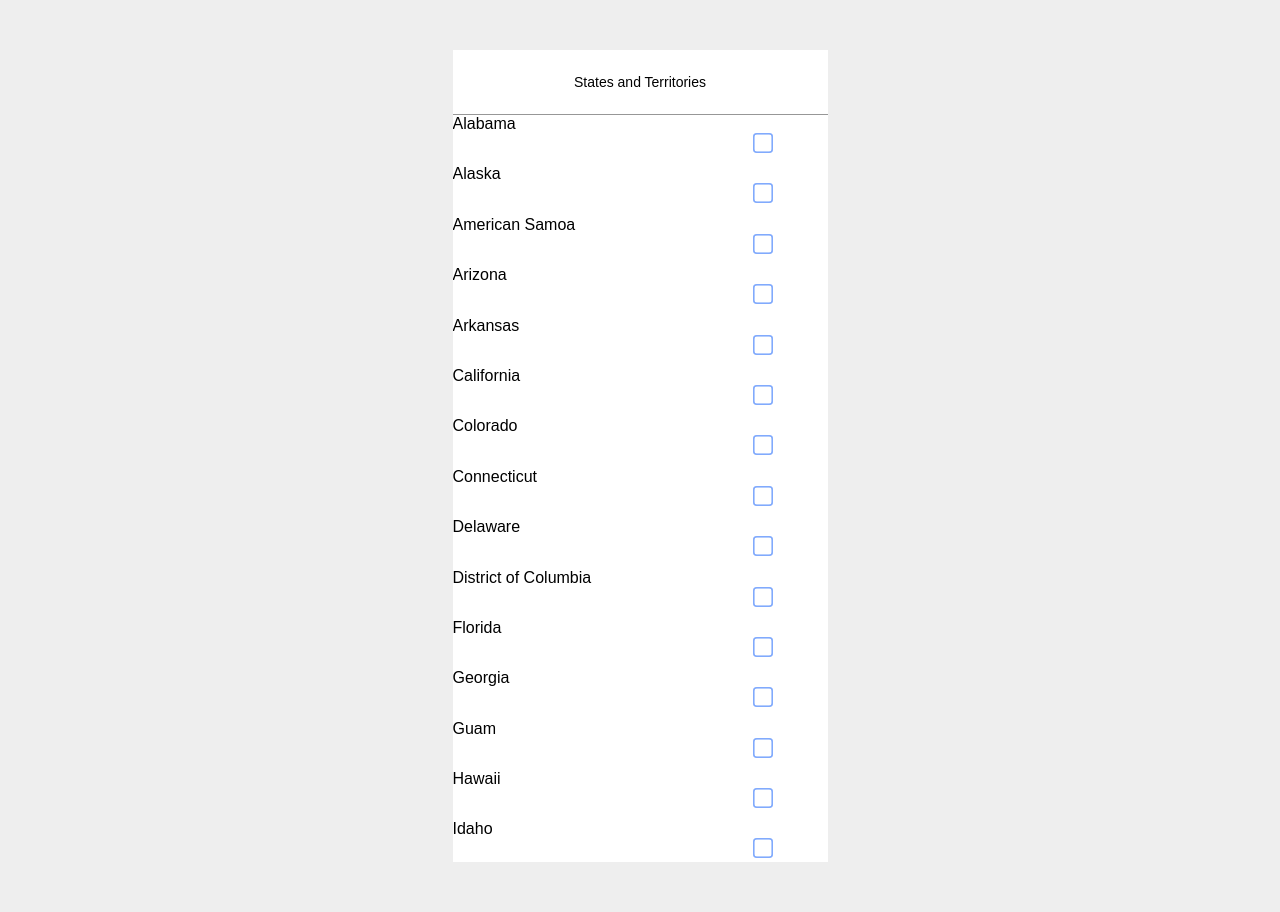
Repository: zitac234/codingTest
Page: /
These files come from the project's save history. The page is drawn as it stood at one moment and after the next save; the edit follows.
The browser window is 1280 px wide. The pictures show the whole page.
The project was rebuilt for these pictures with package versions that can differ from the ones it lists, and the page was loaded fresh each time.

Above is the page before, as saved 2021-03-31 15:17:51.

### src/index.css
body {
  margin: 0;
  font-family: 'Arial', sans-serif;
  -webkit-font-smoothing: antialiased;
  -moz-osx-font-smoothing: grayscale;
  background-color: #eee;
}

### src/Header.js
import "./Header.css";

export function Header() {
  return (
    <header className="header">
      <span className="title">States and Territories</span>
    </header>
  );
}

### src/List.js
import { Fragment } from "react";
import { Checkbox } from "./Checkbox";
import "./List.css";
export function List(props) {
  return (
    <div className="list">
      {props.items.map((item) => (
        <Fragment key={item}>
          <div className='line'>
            {item}<div className='checkbox'><Checkbox/></div><br />
          {/* You also have <Checkbox selected={false} /> */}
          </div>
          </Fragment>
      ))}
    </div>
  );
}

### src/_data.js
export const data = [
  "Alabama",
  "Alaska",
  "American Samoa",
  "Arizona",
  "Arkansas",
  "California",
  "Colorado",
  "Connecticut",
  "Delaware",
  "District of Columbia",
  "Florida",
  "Georgia",
  "Guam",
  "Hawaii",
  "Idaho",
  "Illinois",
  "Indiana",
  "Iowa",
  "Kansas",
  "Kentucky",
  "Louisiana",
  "Maine",
  "Maryland",
  "Massachusetts",
  "Michigan",
  "Minnesota",
  "Mississippi",
  "Missouri",
  "Montana",
  "Nebraska",
  "Nevada",
  "New Hampshire",
  "New Jersey",
  "New Mexico",
  "New York",
  "North Carolina",
  "North Dakota",
  "Northern Mariana Islands",
  "Ohio",
  "Oklahoma",
  "Oregon",
  "Pennsylvania",
  "Puerto Rico",
  "Rhode Island",
  "South Carolina",
  "South Dakota",
  "Tennessee",
  "Texas",
  "Utah",
  "Vermont",
  "Virgin Islands",
  "Virginia",
  "Washington",
  "West Virginia",
  "Wisconsin",
  "Wyoming"
]

### src/Header.css
.header {
  width: 100%;
  font-size: 14px;
  display: flex;
  border-bottom: 1px solid #979797;
}

.title {
  line-height: 24px;
  margin: 20px auto;
}

### src/Checkbox.js
import selected from "./Checkbox-Filled.svg";
import unselected from "./Checkbox-Empty.svg";

export function Checkbox(props) {
  return (
    <img
      width={20}
      height={20}
      src={props.selected ? selected : unselected}
      alt={`Checkbox ${selected ? "selected" : "unselected"}`}
    />
  );
}

### src/List.css
.list {
  flex: 1;
  overflow: auto;
}
.line{
  height: 7vh;
  /* margin: 2vh 0vh  0vh 2vh; */
}
.checkbox{
  margin-left: 80%;
  margin-bottom: 2vh;
}

Loaded but not shown: public/index.html (common file); src/index.js (common file); src/App.js (common file); src/App.css (common file)

After the next save:
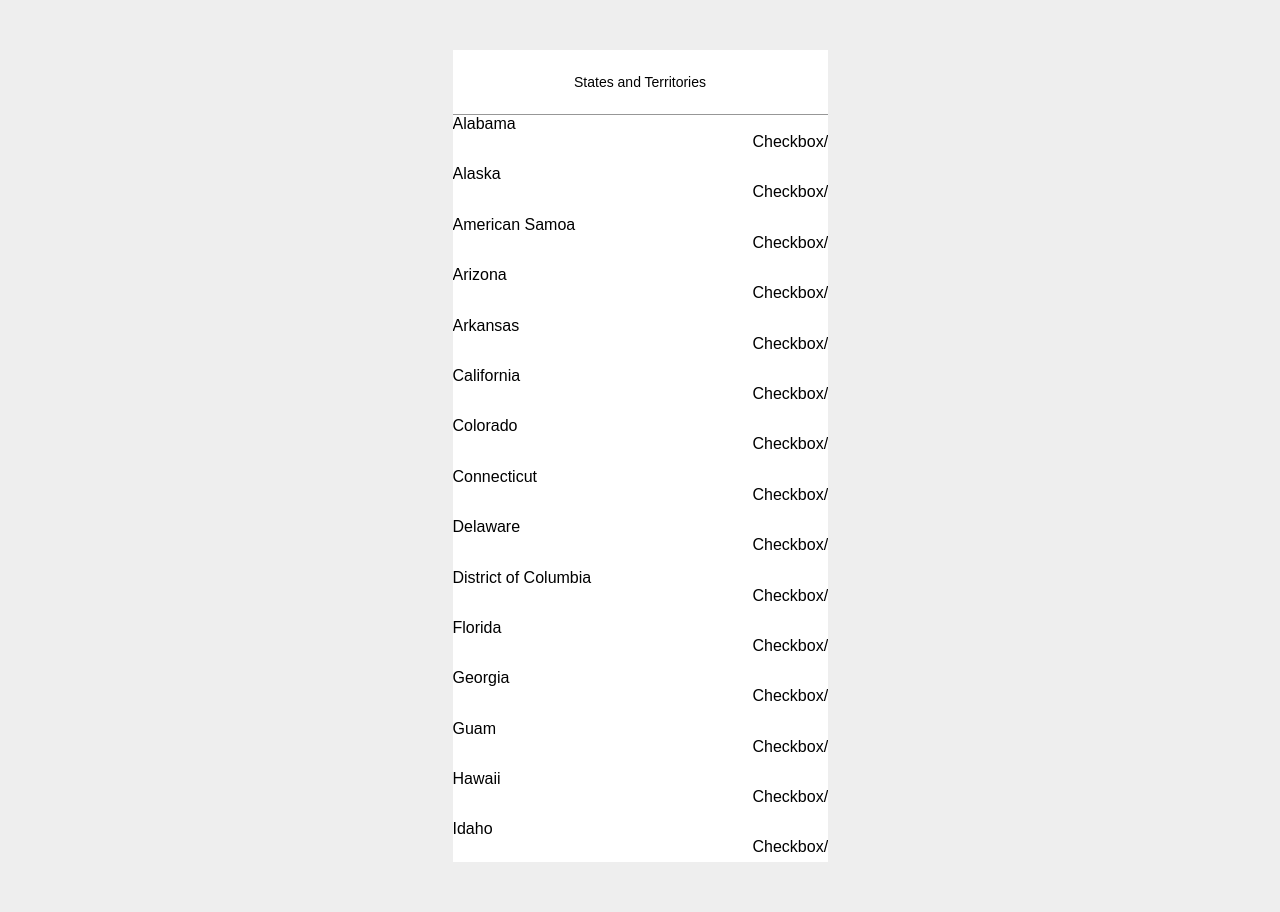
Saved 64 s later.
--- a/src/List.js
+++ b/src/List.js
@@ -7,7 +7,7 @@
       {props.items.map((item) => (
         <Fragment key={item}>
           <div className='line'>
-            {item}<div className='checkbox'><Checkbox/></div><br />
+            {item}<div className='checkbox'>Checkbox/></div><br />
           {/* You also have <Checkbox selected={false} /> */}
           </div>
           </Fragment>

After the save that followed:
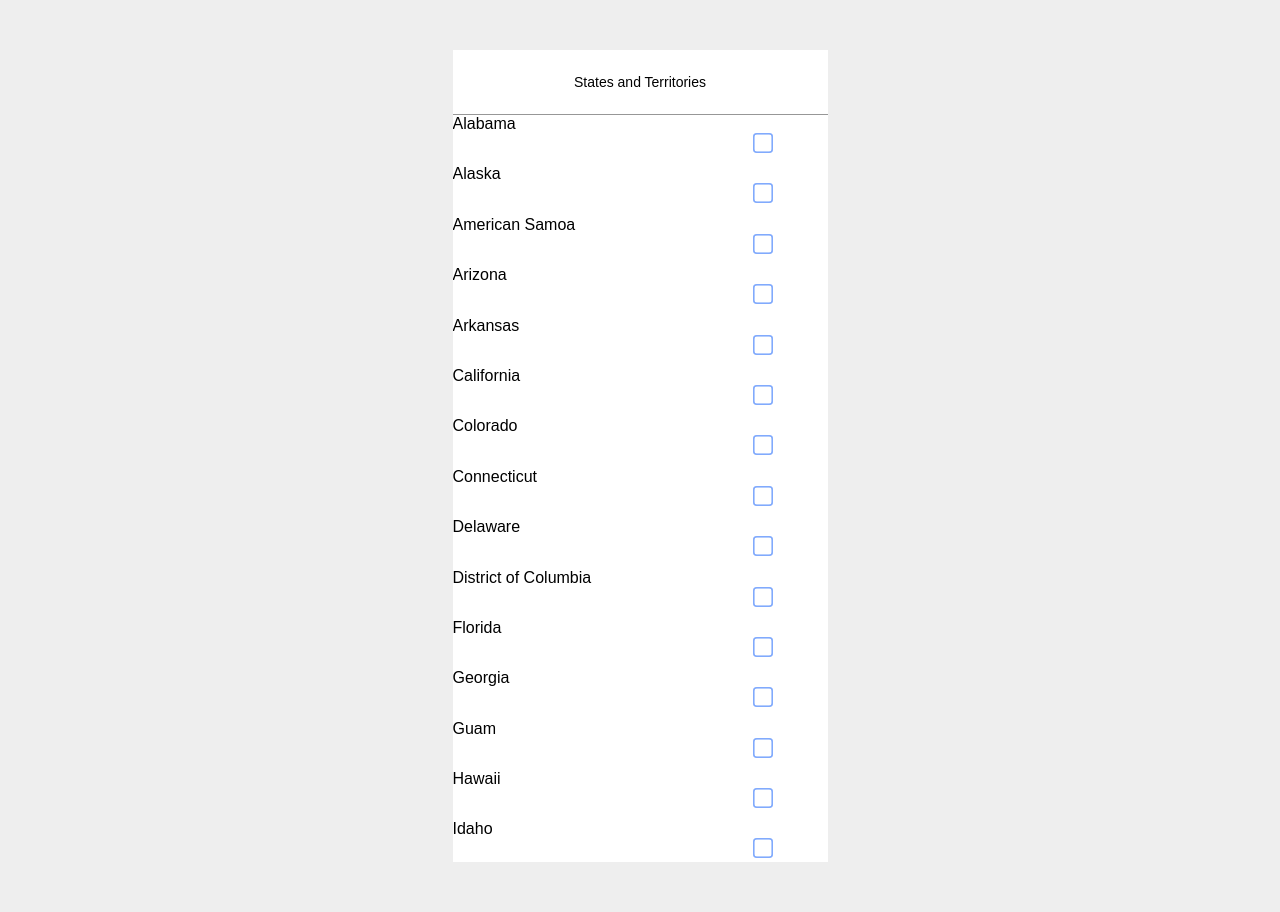
Saved 5 s later.
--- a/src/List.js
+++ b/src/List.js
@@ -7,7 +7,7 @@
       {props.items.map((item) => (
         <Fragment key={item}>
           <div className='line'>
-            {item}<div className='checkbox'>Checkbox/></div><br />
+            {item}<div className='checkbox'><Checkbox/></div><br />
           {/* You also have <Checkbox selected={false} /> */}
           </div>
           </Fragment>
